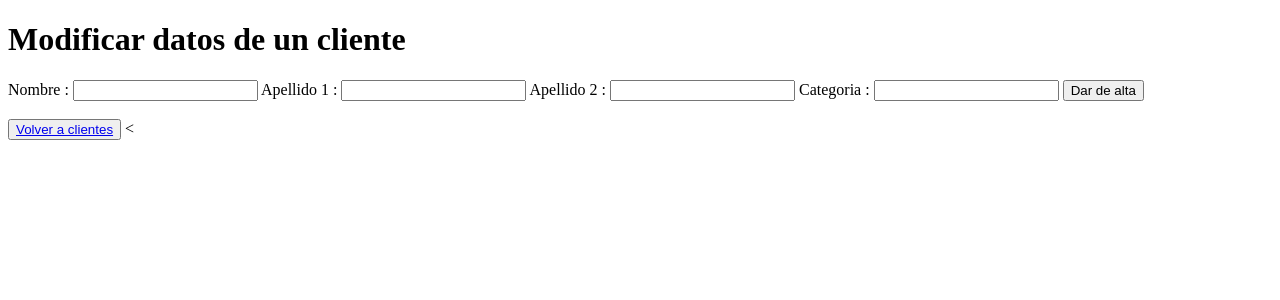
Repository: Umalaia/SpringBoot_Clientes_Pedidos_Comerciales
Page: http://localhost/modificarCliente
These files come from the project's save history. The page is drawn as it stood at one moment and after the next save; the edit follows.
The browser window is 1280 px wide. The pictures show the whole page.
The page is this project's Thymeleaf template; nobody is signed in. The template is opened directly, without the code that normally fills it, so the values that code supplies are empty.

Above is the page before, as saved 2023-12-06 17:25:14.

### zz_examen_primera_eval/src/main/resources/templates/modificarCliente.html
<!DOCTYPE html>
<html xmlns:th="http://www.thymeleaf.org">
<head>
<meta charset="UTF-8">
<title>Modificar clientes</title>
</head>
<body>
<body>
	<h1>Modificar datos de un cliente</h1>
	<form th:action="@{/clientes/alta}" th:object="${cliente}" th:method="post">
		<label>Nombre : </label>
		<input type="text" th:field="*{nombre}"/>
		<label>Apellido 1 : </label>
		<input type="text" th:field="*{apellido1}"/>
		<label>Apellido 2 : </label>
		<input type="text" th:field="*{apellido2}"/>
		<label>Categoria : </label>
		<input type="text" th:field="*{categoria}"/>
		<button type="submit">Dar de alta</button>
	</form>
	<br>
	<button><a th:href="@{/clientes}">Volver a clientes</a></button>
</body>
<

After the next save:
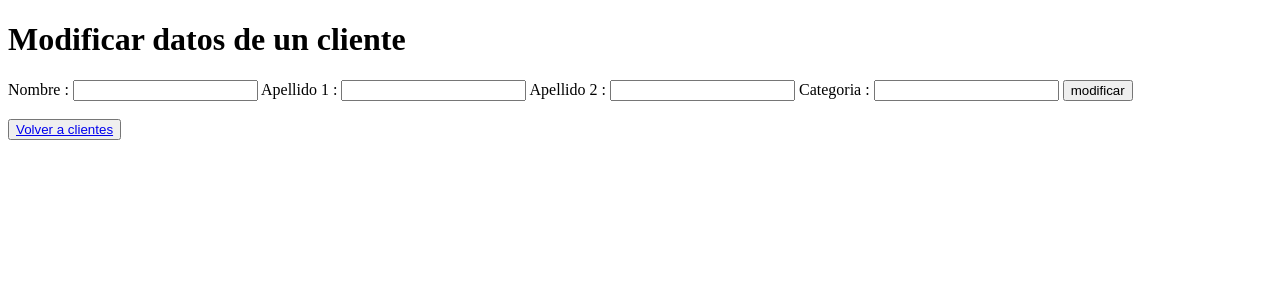
Saved 79 s later.
--- a/zz_examen_primera_eval/src/main/resources/templates/modificarCliente.html
+++ b/zz_examen_primera_eval/src/main/resources/templates/modificarCliente.html
@@ -16,9 +16,8 @@
 		<input type="text" th:field="*{apellido2}"/>
 		<label>Categoria : </label>
 		<input type="text" th:field="*{categoria}"/>
-		<button type="submit">Dar de alta</button>
+		<button type="submit">modificar</button>
 	</form>
 	<br>
 	<button><a th:href="@{/clientes}">Volver a clientes</a></button>
 </body>
-<
